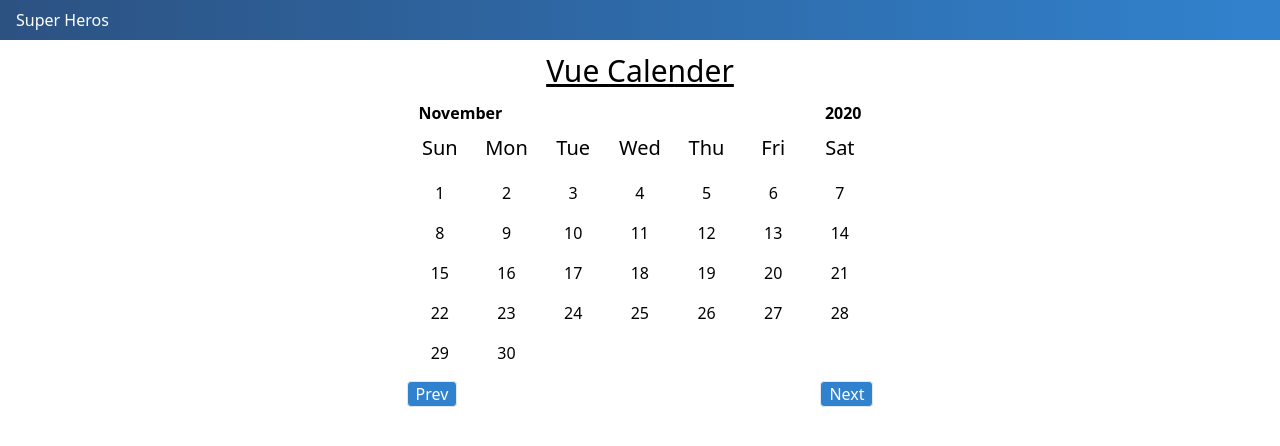
Repository: kshvkndl/VueFullCoursePractice
Page: /markdown
These files come from the project's save history. The page is drawn as it stood at one moment and after the next save; the edit follows.
The browser window is 1280 px wide. The pictures show the whole page.
The project was rebuilt for these pictures with package versions that can differ from the ones it lists, and the page was loaded fresh each time.

Above is the page before, as saved 2020-11-19 09:49:15.

After the next save:
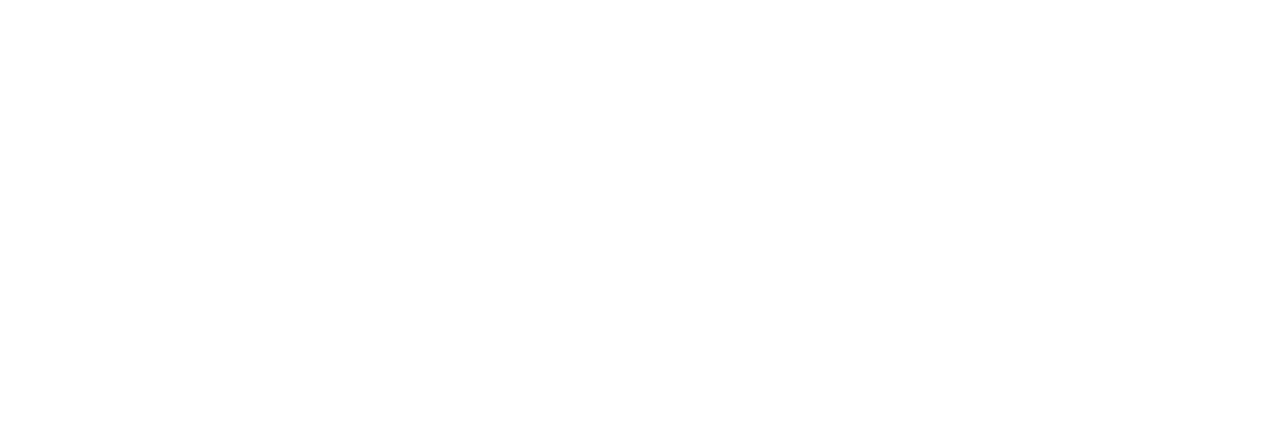
Console error: TypeError: Cannot read properties of undefined (reading 'currentYear')
Saved 4 min 14 s later.
--- a/src/components/Calender.vue
+++ b/src/components/Calender.vue
@@ -51,8 +51,8 @@
 export default {
   data() {
     return {
-      currentMonth: new Date().getMonth() + 1,
-      currentMonthName: new Date().toLocaleString("default", { month: "long" }),
+      currentMonth: new Date().getMonth(),
+
       currentYear: new Date().getFullYear(),
       days: ["Sun", "Mon", "Tue", "Wed", "Thu", "Fri", "Sat"],
     };
@@ -60,11 +60,11 @@
 
   methods: {
     daysInMonth(year, month) {
-      return new Date(year, month, 0).getDate();
+      return new Date(year, month + 1, 0).getDate();
     },
 
     startDay() {
-      return new Date(this.currentYear, this.currentMonth - 1, 1).getDay();
+      return new Date(this.currentYear, this.currentMonth, 1).getDay();
     },
     next() {
       this.currentMonth++;
@@ -73,5 +73,12 @@
       this.currentMonth--;
     },
   },
+
+  computed: {
+    currentMonthName: new Date(
+      this.currentYear,
+      this.currentMonth
+    ).toLocaleString("default", { month: "long" }),
+  },
 };
 </script>

After the save that followed:
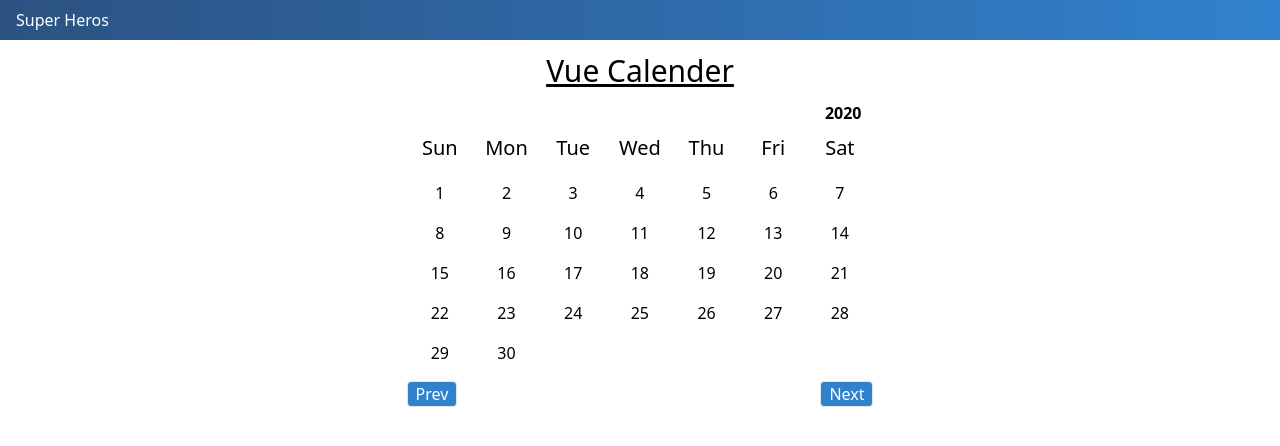
The error is gone.
Saved 2 min 1 s later.
--- a/src/components/Calender.vue
+++ b/src/components/Calender.vue
@@ -75,10 +75,11 @@
   },
 
   computed: {
-    currentMonthName: new Date(
-      this.currentYear,
-      this.currentMonth
-    ).toLocaleString("default", { month: "long" }),
+    currentMonthName() {
+      new Date(this.currentYear, this.currentMonth).toLocaleString("default", {
+        month: "long",
+      });
+    },
   },
 };
 </script>
